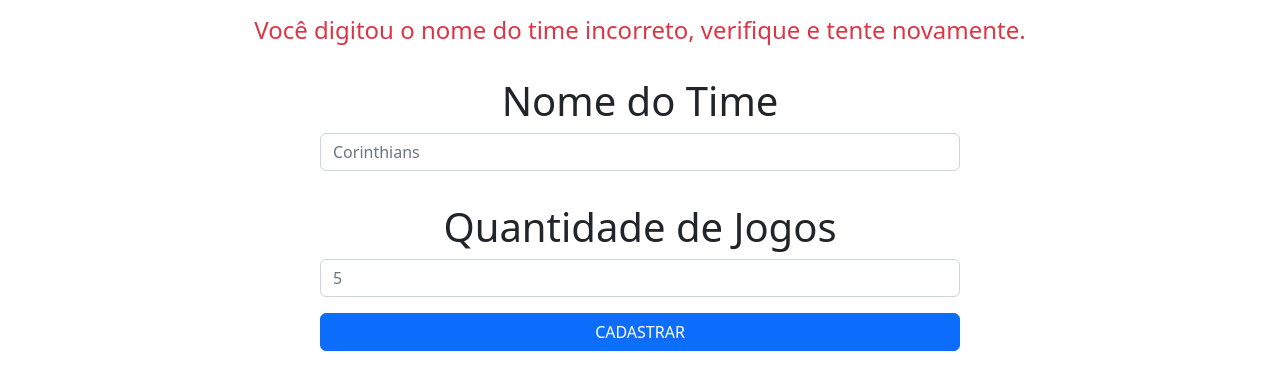
Repository: ricardodamaceno/Coeficiente-de-Variacao-de-Gols
Page: http://localhost/add-erro
The author's editor kept a copy of each file at every save. The page is drawn from the files as they stood at one save, then again after the next save.
The browser window is 1280 px wide. The pictures show the whole page.
The page is this project's Thymeleaf template; nobody is signed in. The template is opened directly, without the code that normally fills it, so the values that code supplies are empty.

Above is the page before, as saved 2022-09-20 18:32:24.

### aposta-tozo/src/main/resources/templates/add-erro.html
<!DOCTYPE html>
<html xmlns:th="http://www.thymeleaf.org">
<head>
<meta name="viewport"
	content="width = device-width, initial-scale = 1, shrink-to-fit = no">
<!-- CSS only -->
<link
	href="https://cdn.jsdelivr.net/npm/bootstrap@5.2.1/dist/css/bootstrap.min.css"
	rel="stylesheet"
	integrity="sha384-iYQeCzEYFbKjA/T2uDLTpkwGzCiq6soy8tYaI1GyVh/UjpbCx/TYkiZhlZB6+fzT"
	crossorigin="anonymous">
<title>Apostas Esportivas</title>
</head>

<body>
<h4 class="mb-3 mt-3 text-center text-danger">Você digitou o nome do time incorreto, verifique e tente novamente.</h4>
<div class="col-md-6 rounded mx-auto d-block">
	<form method="post" action="/add">
		<div class="mb-3 text-center">
			<label for="exampleInputEmail1" class="form-label mt-3 h1">Nome do Time</label>
			<input type="text" placeholder="Corinthians" class="form-control" name="nomeTime">
		</div>
		<div class="mb-3 text-center">
			<label for="exampleInputEmail1" class="form-label mt-3 h1">Quantidade de Jogos</label>
			<input type="number" placeholder="5" class="form-control" name="jogosAnalisados">
		</div>
		<button type="submit" class="btn btn-primary rounded mx-auto d-block col-md-12">CADASTRAR</button>
	</form>
</div>
</body>
</html>

After the next save:
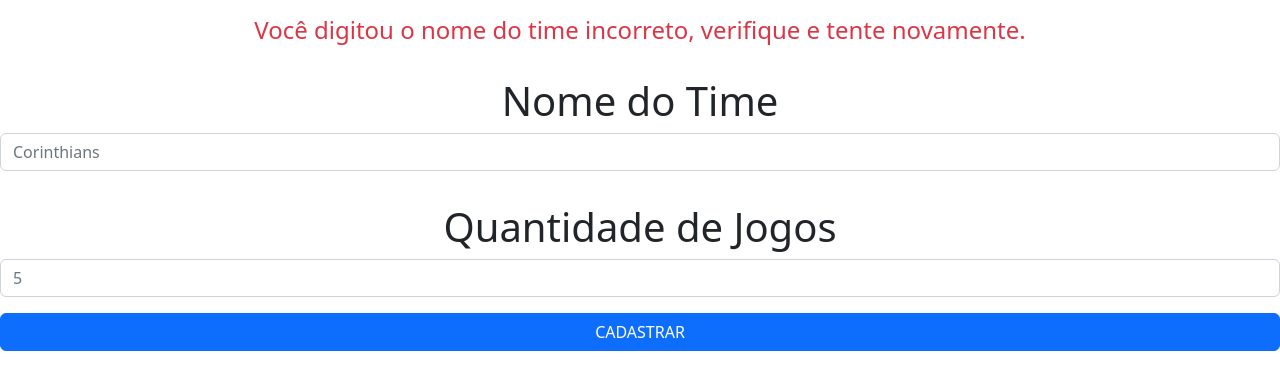
Saved 10 s later.
--- a/aposta-tozo/src/main/resources/templates/add-erro.html
+++ b/aposta-tozo/src/main/resources/templates/add-erro.html
@@ -14,7 +14,7 @@
 
 <body>
 <h4 class="mb-3 mt-3 text-center text-danger">Você digitou o nome do time incorreto, verifique e tente novamente.</h4>
-<div class="col-md-6 rounded mx-auto d-block">
+<div class="col-md-12 rounded mx-auto d-block">
 	<form method="post" action="/add">
 		<div class="mb-3 text-center">
 			<label for="exampleInputEmail1" class="form-label mt-3 h1">Nome do Time</label>
